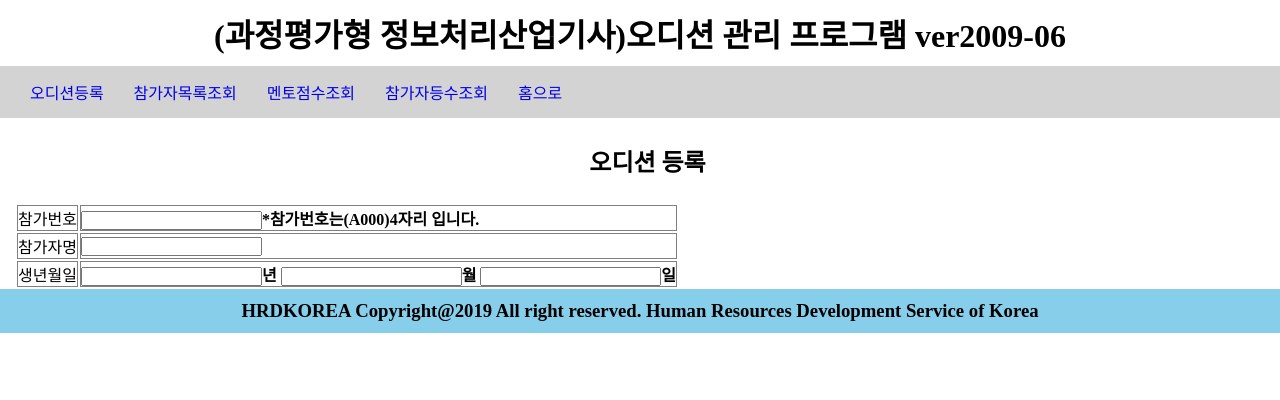
Repository: chyun94/JSP-
Page: http://localhost/Kingdom/insert.jsp
The author's editor kept a copy of each file at every save. The page is drawn from the files as they stood at one save, then again after the next save.
The browser window is 1280 px wide. The pictures show the whole page.
The page is served by Tomcat 9. Other server files are loaded and not shown.

Above is the page before, as saved 2021-05-09 12:28:40.

### Kingdom/WebContent/insert.jsp
<%@ page language="java" contentType="text/html; charset=UTF-8"
    pageEncoding="UTF-8"%>
<!DOCTYPE html>
<html>
<head>
<meta charset="UTF-8">
<title>Insert title here</title>
<style>
*{margin: 0%;padding: 0%}

.header ul,li,a{
list-style: none;
text-decoration: none;
float: left;
padding-left: 15px;
padding-bottom: 0 20px;
text-align: center;
}
.nav{
padding: 14px 0px; overflow: hidden;
background-color: lightgray;
}
.subject table{

width: 600px;
margin: 0 auto;
}
.subject table,th,td{
border: 1px solid gray;
text-align: left;
}

.footer{
text-align: center; background: skyblue; padding: 11px;
}
</style>
</head>
<body>
<div>
	<header>
		<h1 style="text-align: center; padding: 10px">(과정평가형 정보처리산업기사)오디션 관리 프로그램 ver2009-06</h1>
		<nav class="nav">
		<ul>
			<li><a href="insert.jsp">오디션등록</a></li>
			<li><a href="list.jsp">참가자목록조회</a></li>
			<li><a href="mentolist.jsp">멘토점수조회</a></li>
			<li><a href="ranking.jsp">참가자등수조회</a></li>
			<li><a href="index.jsp">홈으로</a></li>
		</ul>
		</nav>
	</header>
</div>

<div style="padding-left: 15px;">
	<section>
		<h2 style="text-align: center; padding: 25px;">오디션 등록</h2>
		<form action="insert_pro.jsp" method="post" name="frm">

		<table class="subject">
			<tr>
				<td>참가번호</td>
				<th>
					<input type="text"maxlength="4">*참가번호는(A000)4자리 입니다.
				</th>
			</tr>
			<tr>
				<td>참가자명</td>
				<th>
					<input type="text">
				</th>
			</tr>
			<tr>
				<td>생년월일</td>
				<th>
					<input type="text">년
					<input type="text">월
					<input type="text">일
				</th>
			</tr>

		</table>
		</form>
	</section>
</div>

<div>
	<footer>
		<div class="footer">
			<h3 style="text-align: center;">
			HRDKOREA Copyright@2019 All right reserved. Human Resources Development Service of Korea
			</h3>
		</div>
	</footer>
</div>
</body>
</html>

After the next save:
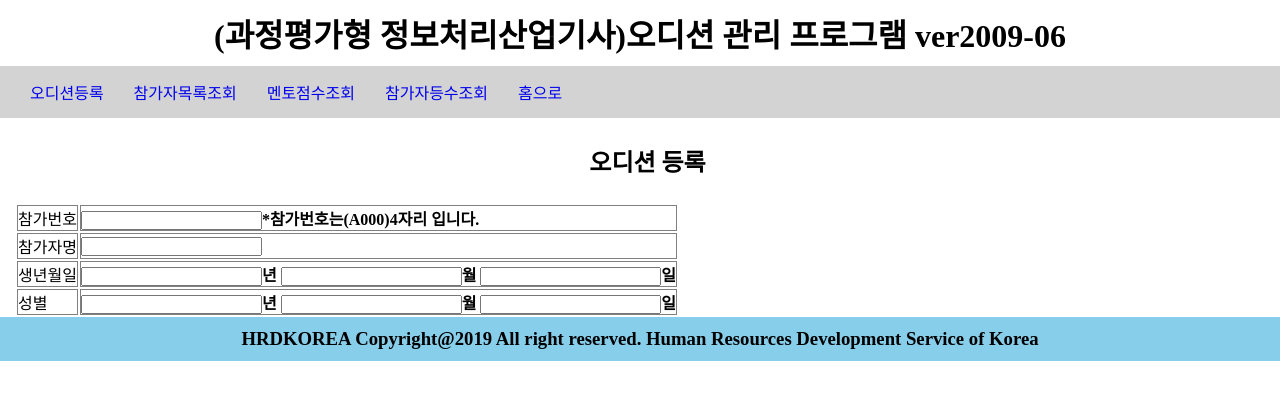
Saved 15 s later.
--- a/Kingdom/WebContent/insert.jsp
+++ b/Kingdom/WebContent/insert.jsp
@@ -77,7 +77,14 @@ text-align: center; background: skyblue; padding: 11px;
 					<input type="text">일
 				</th>
 			</tr>
-
+			<tr>
+				<td>성별</td>
+				<th>
+					<input type="text">년
+					<input type="text">월
+					<input type="text">일
+				</th>
+			</tr>
 		</table>
 		</form>
 	</section>
